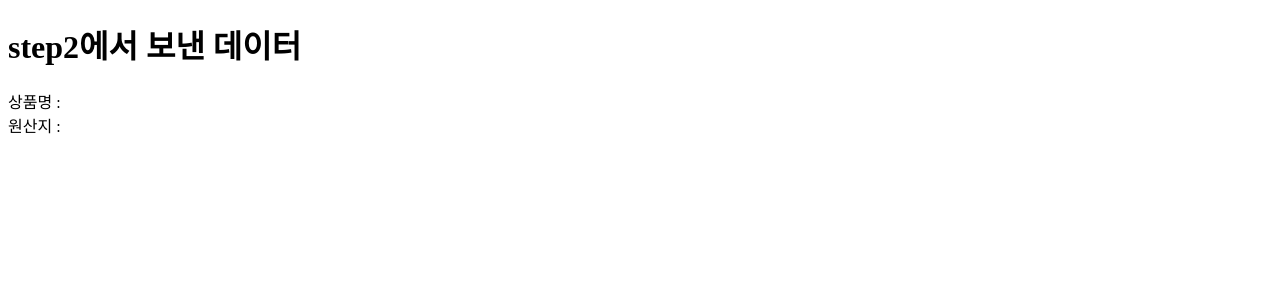
Repository: HaeunOh/study
Page: http://localhost/jstl_study/step-3.jsp
These files come from the project's save history. The page is drawn as it stood at one moment and after the next save; the edit follows.
The browser window is 1280 px wide. The pictures show the whole page.
The page is served by Tomcat 9. Other server files are loaded and not shown.

Above is the page before, as saved 2024-04-11 03:06:09.

### _jstl_workspace/jstl_study/src/main/webapp/step-3.jsp
<%@ page language="java" contentType="text/html; charset=UTF-8"
    pageEncoding="UTF-8"%>
<!DOCTYPE html>
<html>
<head>
<meta charset="UTF-8">
<title>step3</title>
</head>
<body>
	<h1>step2에서 보낸 데이터</h1>
	상품명 : ${param.name } <br>
	원산지 : ${param.addr } <br>
</body>
</html>

After the next save:
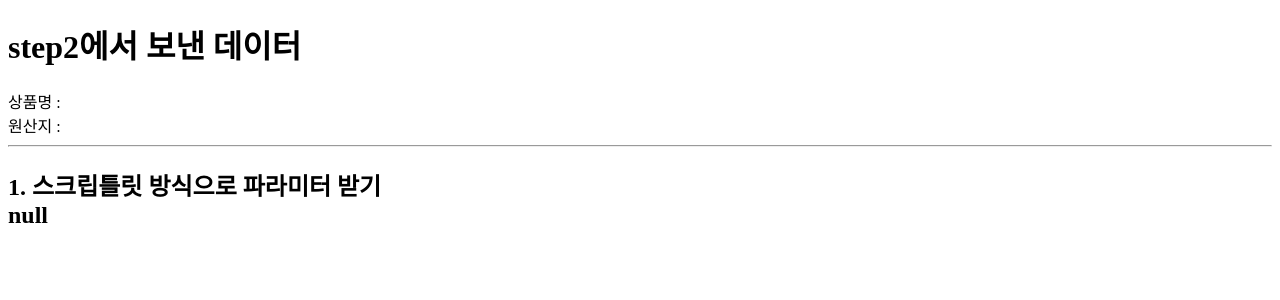
Saved 3 min 21 s later.
--- a/_jstl_workspace/jstl_study/src/main/webapp/step-3.jsp
+++ b/_jstl_workspace/jstl_study/src/main/webapp/step-3.jsp
@@ -10,5 +10,11 @@
 	<h1>step2에서 보낸 데이터</h1>
 	상품명 : ${param.name } <br>
 	원산지 : ${param.addr } <br>
+	<hr>
+	<h2>
+		1. 스크립틀릿 방식으로 파라미터 받기 <br>
+
+		<%= request.getParameter("name") %>
+	</h2>
 </body>
 </html>
